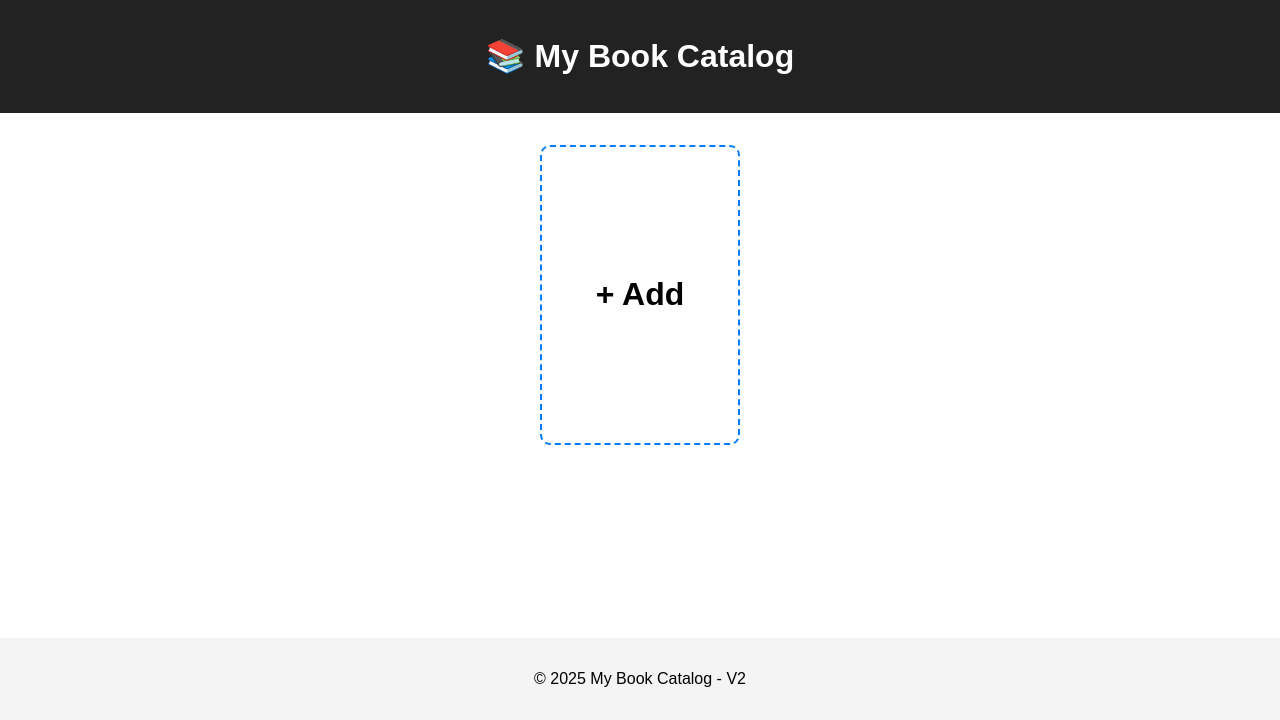
Repository: Esteb4ncd/book-catalog-v3
Page: /
The author's editor kept a copy of each file at every save. The page is drawn from the files as they stood at one save, then again after the next save.
The browser window is 1280 px wide. The pictures show the whole page.
The page's requests for data from a server got no answer. The project was rebuilt for these pictures with package versions that can differ from the ones it lists, and the page was loaded fresh each time. No one was signed in, and anything a server would have sent is missing.

Above is the page before, as saved 2025-09-19 12:07:23.

### public/index.html
<!DOCTYPE html>
<html lang="en">
  <head>
    <meta charset="utf-8" />
    <link rel="icon" href="/bookFavicon.ico" />
    <meta name="viewport" content="width=device-width, initial-scale=1" />
    <meta name="theme-color" content="#000000" />
    <meta
      name="description"
      content="Book Catalog Assignment01 COMP3170"
    />
    <link rel="apple-touch-icon" href="%PUBLIC_URL%/logo192.png" />
    <!--
      manifest.json provides metadata used when your web app is installed on a
      user's mobile device or desktop. See https://developers.google.com/web/fundamentals/web-app-manifest/
    -->
    <link rel="manifest" href="%PUBLIC_URL%/manifest.json" />
    <!--
      Notice the use of %PUBLIC_URL% in the tags above.
      It will be replaced with the URL of the `public` folder during the build.
      Only files inside the `public` folder can be referenced from the HTML.

      Unlike "/favicon.ico" or "favicon.ico", "%PUBLIC_URL%/favicon.ico" will
      work correctly both with client-side routing and a non-root public URL.
      Learn how to configure a non-root public URL by running `npm run build`.
    -->
    <title>Esteban C - Book Catalog</title>
  </head>
  <body>
    <noscript>You need to enable JavaScript to run this app.</noscript>
    <div id="root"></div>
    <!--
      This HTML file is a template.
      If you open it directly in the browser, you will see an empty page.

      You can add webfonts, meta tags, or analytics to this file.
      The build step will place the bundled scripts into the <body> tag.

      To begin the development, run `npm start` or `yarn start`.
      To create a production bundle, use `npm run build` or `yarn build`.
    -->
  </body>
</html>

### src/App.js
import data from './data/books.json';
import React, { useState, useEffect } from "react";
import Book from "./components/Book";
import "./App.css";

function App() {
  const [books, setBooks] = useState([]);

  const isbnList = ["9781617294136", "9781492051138"];

  useEffect(() => {
    async function fetchBooks() {
      const results = [];
      for (const isbn of isbnList) {
        const res = await fetch(`https://api.itbook.store/1.0/books/${isbn}`);
        const data = await res.json();
        results.push(data);
      }
      setBooks(results);
    }
    fetchBooks();
  }, []);

  return (
    <div className="app">
      <header className="header">
        <h1>📚 My Book Catalog</h1>
      </header>

      <main className="content">
        {books.map((book) => (
          <Book key={book.isbn13} book={book} />
        ))}

        <button className="add-button">+ Add</button>
      </main>

      <footer className="footer">
        <p>© 2025 My Book Catalog - V2</p>
      </footer>
    </div>
  );
}

export default App;

### src/data/books.json
[
    {
      "title": "Effective JavaScript",
      "subtitle": "68 Specific Ways to Harness the Power of JavaScript",
      "isbn13": "9780321812186",
      "price": "$21.99",
      "image": "https://itbook.store/img/books/9780321812186.png",
      "url": "https://itbook.store/books/9780321812186"
    },
    {
      "title": "Beginning JavaScript, 3nd Edition",
      "subtitle": "The Ultimate Guide to Modern JavaScript Development",
      "isbn13": "9781484243947",
      "price": "$19.02",
      "image": "https://itbook.store/img/books/9781484243947.png",
      "url": "https://itbook.store/books/9781484243947"
    },
    {
      "title": "Learn Enough JavaScript to Be Dangerous",
      "subtitle": "Write Programs, Publish Packages, and Develop Interactive Websites with JavaScript",
      "isbn13": "9780137843749",
      "price": "$31.98",
      "image": "https://itbook.store/img/books/9780137843749.png",
      "url": "https://itbook.store/books/9780137843749"
    },
    {
      "title": "Test-Driven JavaScript Development",
      "subtitle": "",
      "isbn13": "9780321683915",
      "price": "$10.29",
      "image": "https://itbook.store/img/books/9780321683915.png",
      "url": "https://itbook.store/books/9780321683915"
    },
    {
      "title": "Learning JavaScript",
      "subtitle": "A Hands-On Guide to the Fundamentals of Modern JavaScript",
      "isbn13": "9780321832740",
      "price": "$8.99",
      "image": "https://itbook.store/img/books/9780321832740.png",
      "url": "https://itbook.store/books/9780321832740"
    },
    {
      "title": "jQuery and JavaScript Phrasebook",
      "subtitle": "",
      "isbn13": "9780321918963",
      "price": "$14.48",
      "image": "https://itbook.store/img/books/9780321918963.png",
      "url": "https://itbook.store/books/9780321918963"
    },
    {
      "title": "JavaScript: The Good Parts",
      "subtitle": "Unearthing the Excellence in JavaScript",
      "isbn13": "9780596517748",
      "price": "$4.37",
      "image": "https://itbook.store/img/books/9780596517748.png",
      "url": "https://itbook.store/books/9780596517748"
    },
    {
      "title": "Head First JavaScript",
      "subtitle": "A Learner's Companion to JavaScript",
      "isbn13": "9780596527747",
      "price": "$7.72",
      "image": "https://itbook.store/img/books/9780596527747.png",
      "url": "https://itbook.store/books/9780596527747"
    },
    {
      "title": "High Performance JavaScript",
      "subtitle": "Build Faster Web Application Interfaces",
      "isbn13": "9780596802790",
      "price": "$19.59",
      "image": "https://itbook.store/img/books/9780596802790.png",
      "url": "https://itbook.store/books/9780596802790"
    },
    {
      "title": "Building iPhone Apps with HTML, CSS, and JavaScript",
      "subtitle": "Making App Store Apps Without Objective-C or Cocoa",
      "isbn13": "9780596805784",
      "price": "$5.00",
      "image": "https://itbook.store/img/books/9780596805784.png",
      "url": "https://itbook.store/books/9780596805784"
    }

  ]

### src/App.css
.app {
  font-family: Arial, sans-serif;
  text-align: center;
  min-height: 100vh;
  display: flex;
  flex-direction: column;
}

.header {
  background: #222;
  color: white;
  padding: 1rem;
}

.content {
  display: flex;
  justify-content: center;
  gap: 20px;
  flex-wrap: wrap;
  padding: 2rem;
}

.book-card {
  width: 200px;
  height: 300px;
  border: 2px solid #ccc;
  border-radius: 10px;
  padding: 10px;
  box-sizing: border-box;
  display: flex;
  flex-direction: column;
  justify-content: space-between;
}

.book-card img {
  max-width: 100%;
  height: 150px;
  object-fit: contain;
}

.book-card h3 {
  font-size: 1rem;
  margin: 5px 0;
}

.book-card p {
  font-size: 0.9rem;
  color: #555;
}

.book-card a {
  color: #007bff;
  text-decoration: none;
}

.add-button {
  width: 200px;
  height: 300px;
  border: 2px dashed #007bff;
  border-radius: 10px;
  font-size: 2rem;
  font-weight: bold;
  background: white;
  cursor: pointer;
}

.footer {
  background: #f4f4f4;
  padding: 1rem;
  margin-top: auto;
}

### src/components/Book.js
// import React from "react";

// export default function Book({ book }) {
//   return (
//     <div className="book-card">
//       <img src={book.image} alt={book.title} />
//       <h3>{book.title}</h3>
//       <p>{book.authors}</p>
//       <a href={book.url} target="_blank" rel="noopener noreferrer">
//         View Details
//       </a>
//     </div>
//   );
// }
// src/components/Book.js
import React from "react";

function Book({ title, price, image }) {
  return (
    <div className="book">
      <img src={image} alt={title} className="book-image" />
      <h3>{title}</h3>
      <p className="price">{price}</p>
    </div>
  );
}

export default Book;

Loaded but not shown: src/index.js (common file); src/index.css (common file); src/reportWebVitals.js (common file)

After the next save:
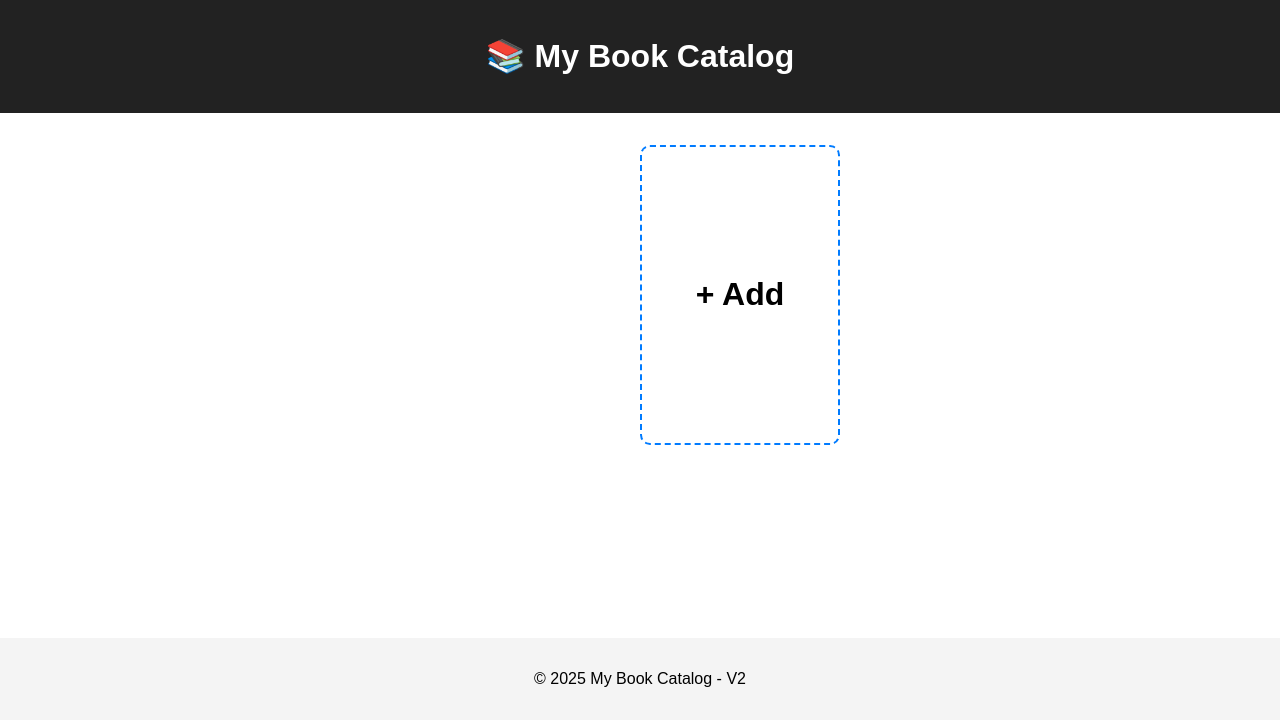
Saved 49 s later.
--- a/src/App.js
+++ b/src/App.js
@@ -1,26 +1,9 @@
-import data from './data/books.json';
-import React, { useState, useEffect } from "react";
+import React from "react";
 import Book from "./components/Book";
+import booksData from "./data/books.json"; // 👈 local JSON import
 import "./App.css";
 
 function App() {
-  const [books, setBooks] = useState([]);
-
-  const isbnList = ["9781617294136", "9781492051138"];
-
-  useEffect(() => {
-    async function fetchBooks() {
-      const results = [];
-      for (const isbn of isbnList) {
-        const res = await fetch(`https://api.itbook.store/1.0/books/${isbn}`);
-        const data = await res.json();
-        results.push(data);
-      }
-      setBooks(results);
-    }
-    fetchBooks();
-  }, []);
-
   return (
     <div className="app">
       <header className="header">
@@ -28,10 +11,12 @@ function App() {
       </header>
 
       <main className="content">
-        {books.map((book) => (
+        {/* Render books from local JSON */}
+        {booksData.map((book) => (
           <Book key={book.isbn13} book={book} />
         ))}
 
+        {/* Add button */}
         <button className="add-button">+ Add</button>
       </main>
 
